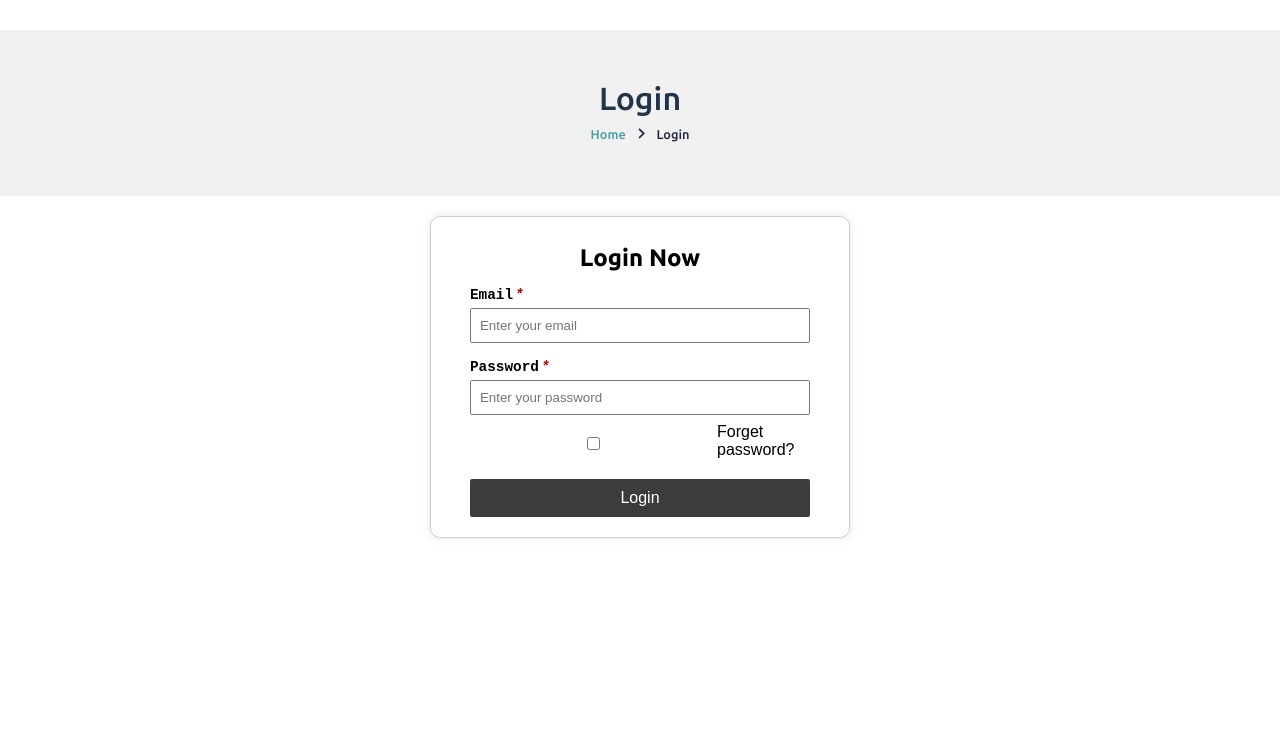
Repository: jkvekariya/Online-store-Management
Page: /auth/login (app in frontend/client/)
These files come from the project's save history. The page is drawn as it stood at one moment and after the next save; the edit follows.
The browser window is 1280 px wide. The pictures show the whole page.
Some web fonts or font styles are not loaded; a fallback is used. The project was rebuilt for these pictures with package versions that can differ from the ones it lists, and the page was loaded fresh each time. Also part of the build but not shown: frontend/client/vite.config.js, frontend/client/src/css/header.css, frontend/client/src/css/sidebar.css, frontend/client/src/components/Sidebar.jsx, frontend/client/src/context/CartContext.jsx, frontend/client/src/components/Header.jsx, frontend/client/src/css/footer.css, frontend/client/src/components/Footer.jsx and 11 more.

Above is the page before, as saved 2026-01-02 14:44:51.

### frontend/client/index.html
<!doctype html>
<html lang="en">
  <head>
    <meta charset="UTF-8" />
    <link rel="icon" type="image/svg+xml" href="/vite.svg" />
    <meta name="viewport" content="width=device-width, initial-scale=1.0" />
    <title>Online Store Management System</title>
  </head>
  <body>
    <div id="root"></div>
    <script type="module" src="/src/main.jsx"></script>
  </body>
</html>

### frontend/client/src/main.jsx
import React from 'react'
import ReactDOM from 'react-dom/client'
import { BrowserRouter } from 'react-router-dom'
import App from './App.jsx'
import './index.css'

ReactDOM.createRoot(document.getElementById('root')).render(
  <React.StrictMode>
    <BrowserRouter>
      <App />
    </BrowserRouter>
  </React.StrictMode>,
)

### frontend/client/src/App.jsx
import { Routes, Route } from "react-router-dom";

import AuthLayout from "./layout/AuthLayout";
import UserLayout from "./layout/UserLayout";
import AdminLayout from "./layout/AdminLayout";

import Login from "./pages/auth/Login";
import Signup from "./pages/auth/Signup";
import Home from "./pages/user/Home";
import Dashboard from "./pages/admin/Dashboard";
import Contact from "./pages/user/Contact";
import About from "./pages/user/About";
import Services from "./pages/user/Services";
import Shop from "./pages/user/Shop";

function App() {
  return (
    <Routes>

      {/* AUTH ROUTES */}
      <Route path="/auth" element={<AuthLayout />}>
        <Route path="login" element={<Login />} />
        <Route path="signup" element={<Signup />} />
      </Route>

      {/* USER ROUTES */}
      <Route path="/" element={<UserLayout />}>
        <Route index element={<Home />} />
        <Route path="pages/user/contact" element={<Contact />} />
        <Route path="pages/user/about" element={<About />} />
        <Route path="pages/user/services" element={<Services />} />
        <Route path="pages/user/shop" element={<Shop />} />
      </Route>

      {/* ADMIN ROUTES */}
      <Route path="/admin" element={<AdminLayout />}>
        <Route path="dashboard" element={<Dashboard />} />
      </Route>

    </Routes>
  );
}

export default App;

### frontend/client/src/index.css
* {
  margin: 0;
  padding: 0;
  box-sizing: border-box;
}

#root {
  min-height: 100vh;
}

### frontend/client/src/layout/AuthLayout.jsx
import { Outlet } from "react-router-dom";

const AuthLayout = () => {
  return (
    <div>
      {/* <h2>Auth Section</h2> */}
      <Outlet />
    </div>
  );
};

export default AuthLayout;

### frontend/client/src/pages/auth/Login.jsx
import React from 'react'
import { useState } from 'react'
import "../../css/login.css"
import Bodyheader from '../../components/BodyHeader';

const Login = () => {

    const [email, setEMail] = useState("");
    const [password, setPassword] = useState("");

  return (
    <>
        <Bodyheader title="Login"/>
         <div className='main-container'>
      <h2>Login Now</h2>
        <div className='email-box'>
            <label htmlFor="email">Email<em>*</em></label>
            <input type="email"
            id="login-email"
            value={email}
            onChange={(e) => setEMail(e.target.value)}
            placeholder='Enter your email'
            />
        </div>
        <div className='password-box'>
            <label htmlFor="password">Password<em>*</em></label>
            <input type="password"
            id="login-password"
            value={password}
            onChange={(e) => setPassword(e.target.value)}
            placeholder='Enter your password'
            />
        </div>
        <div className='verify-forgetpassword'>
            <input type="checkbox" id='checkbox' name='checkbox' />
            <p>Forget password?</p>
        </div>
      <div className='btn'>
        <button onClick={() => {}}>Login</button>
      </div>
    </div>
    </>
  )
}

export default Login

### frontend/client/src/css/login.css
*{
    margin: 0;
    padding: 0;
    box-sizing: border-box;
}

.main-container{
    width: 400px;
    margin: auto;
    border: 1px solid #ccc;
    padding: 20px;
    border-radius: 10px;
    box-shadow: 0 0 10px rgba(0, 0, 0, 0.1);
    margin-top: 50px;
    font-family: Arial, sans-serif;
    display: flex;
    justify-content: center;
    align-items: center;
    flex-direction: column;
}

label{
    font-size: 0.9rem;
    display: block;
    font-family: 'Courier New', Courier, monospace;
    font-weight: 700;
    /* margin-bottom: 5px; */
}

.main-container .email-box,.password-box{
 margin: 0.5rem 0;
}

.main-container .email-box .password-box label em{
    position: relative;
    display: inline-block;
    float: none;
    right: 0;
    margin-left: 2px;
    color: #c10000;
}

input{
    padding: 8px;
    width: 100%;
    margin-top: 5px;
}

.main-container h2{
    text-align: center;
    margin: 7px 0;
}

.main-container .verify-forgetpassword{
    width: 90%;
    display: flex;
    justify-content: space-between;
    align-items: center;
}

.main-container .verify-forgetpassword .checkbox{
    width: 0;
}

.btn{
    width: 100%;
    text-align: center;
}

button{
    width: 90%;
    border-radius: 2px;
    margin-top: 20px;
    padding: 10px 20px;
    font-size: 16px;
    cursor: pointer;
    background-color: #3a3d3a;
    color: white;
    border: none;
}

### frontend/client/src/components/BodyHeader.jsx
import "../css/bodyheader.css"
import {Link} from 'react-router-dom'
import { MdKeyboardArrowRight } from "react-icons/md";

const Bodyheader = ({title}) => {
  return (
    <>
        <div className="b-header-bg">
            <div className="page-title">
                <h2>{title}</h2>
                <div className="ul-links">
                <ul>
                    <li id="home-link">
                        <Link to='/'>Home</Link>
                    </li>
                       <li><MdKeyboardArrowRight/></li>
                    <li>
                        <Link to=''>{title}</Link>
                    </li>
                </ul>
                </div>
            </div>
        </div>
    </>
  )
}

export default Bodyheader;

### frontend/client/src/css/signup.css
@import url('https://fonts.googleapis.com/css2?family=BBH+Bartle&family=Nunito:ital,wght@0,200..1000;1,200..1000&family=Ubuntu:ital,wght@0,300;0,400;0,500;0,700;1,300;1,400;1,500;1,700&display=swap');

.main-container{
    width: 100%;
    max-width: 420px;
    margin: 20px auto;
    border: 1px solid #ccc;
    padding: 20px;
    border-radius: 10px;
    box-shadow: 0 0 10px rgba(0, 0, 0, 0.1);
    font-family: Arial, sans-serif;
    display: flex;
    justify-content: center;
    align-items: center;
    flex-direction: column;
}

label{
    font-size: 0.9rem;
    display: block;
    font-family: 'Courier New', Courier, monospace;
    font-weight: 700;
    /* margin-bottom: 5px; */
}

.main-container .email-box,.password-box,.first-name-box,.last-name-box{
 margin: 0.5rem 0;
 width: 90%;
}

.email-box label em{
    position: relative;
    display: inline-block;
    float: none;
    right: 0;
    margin-left: 2px;
    color: #c10000;
}
.password-box label em{
    position: relative;
    display: inline-block;
    float: none;
    right: 0;
    margin-left: 2px;
    color: #c10000;
}
.first-name-box label em{
    position: relative;
    display: inline-block;
    float: none;
    right: 0;
    margin-left: 2px;
    color: #c10000;
}
.last-name-box label em{
    position: relative;
    display: inline-block;
    float: none;
    right: 0;
    margin-left: 2px;
    color: #c10000;
}

input{
    /* padding: 8px; */
    width: 100%;
    margin-top: 5px;
    box-sizing: border-box;
}

.main-container h2{
    text-align: center;
    font-family: "Ubuntu", sans-serif;
    font-weight: 560;
    font-style: normal;
}

.btn{
    width: 100%;
    text-align: center;
}

button{
    margin-top: 20px;
    padding: 10px 20px;
    font-size: 16px;
    cursor: pointer;
    background-color: #3a3d3a;
    color: white;
    border: none;
}

### frontend/client/src/css/bodyheader.css
@import url('https://fonts.googleapis.com/css2?family=BBH+Bartle&family=Nunito:ital,wght@0,200..1000;1,200..1000&family=Ubuntu:ital,wght@0,300;0,400;0,500;0,700;1,300;1,400;1,500;1,700&display=swap');

* {
    padding: 0;
    margin: 0;
    box-sizing: border-box;
  }

:root {
    --background-color: #e6e6e68e;
    --header-text-color: #213448;
    --home-link-color: #4B9DA9;
    --title-color: #212447;
    --title-hover-color: #547792;
}

  .b-header-bg {
    margin-top: 30px;
    height: 23vh;
    width: 100vw;
    /* background-color: aqua; */
    background: var(--background-color);
    /* background-blend-mode: darken; */
    /* background-size: cover; */
    /* background-repeat: no-repeat; */
    /* background-position: center; */
    /* background-position-y: 56%; */
    display: flex;
    justify-content: center;
    align-items: center;
  }

  .b-header-bg .page-title {
    height: 10rem;
    width: 20rem;
    display: grid;
    place-items: center;
    align-content: center;
  }

  .b-header-bg .page-title h2 {
    font-size: 2rem;
    margin-bottom: 5px;
    color: var(--header-text-color);
    font-family: "Ubuntu", sans-serif;
    font-weight: 500;
    font-style: normal;
    position: relative;
    z-index: 100;
  }

   .b-header-bg .page-title .ul-links ul{
    /* height: 4rem; */
    width: 10rem;
    display: flex;
    justify-content: center;
    align-items: center;
    gap:0;
  }

  .b-header-bg .page-title .ul-links ul #home-link a {
    color: var(--home-link-color);
  }


  .b-header-bg .page-title .ul-links ul li{
    /* height: 2rem; */
    display: flex;
    justify-content: center;
    align-items: center;
  }

  .b-header-bg .page-title .ul-links ul li svg{
      font-size: 1.3rem;
      color: var(--title-color);
  }

  .b-header-bg .page-title .ul-links ul li a{
    width: max-content;
    text-decoration: none;
    padding: 5px;
    color: var(--title-color);
    font-family: "Ubuntu", sans-serif;
    font-weight: 450;
    font-style: normal;
    font-size: 0.8rem;
    font-style: normal;
  }

  .b-header-bg .page-title .ul-links ul li a:hover{
      color: var(--title-hover-color);
  }

Loaded but not shown: frontend/client/src/css/header.css (no copy from this time; the picture is the same without it)

After the next save:
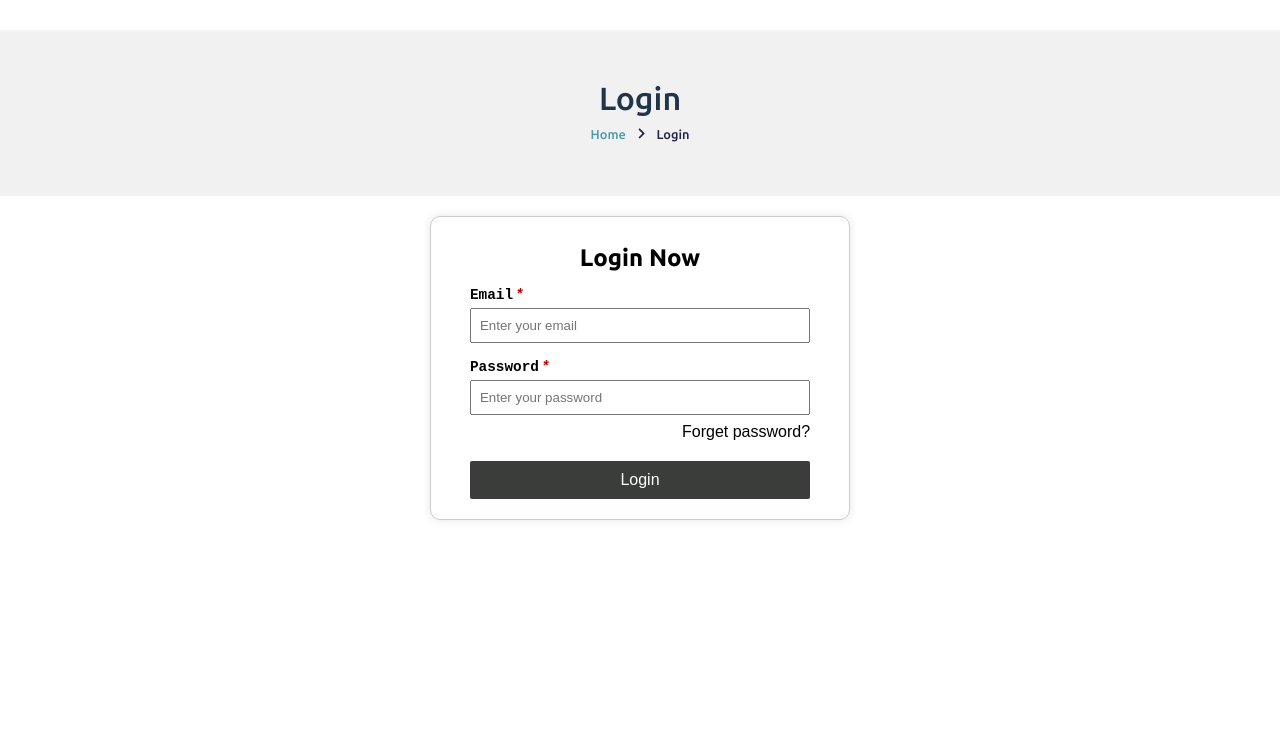
Saved 7 s later.
--- a/frontend/client/src/css/login.css
+++ b/frontend/client/src/css/login.css
@@ -58,7 +58,7 @@ input{
     align-items: center;
 }
 
-.main-container .verify-forgetpassword .checkbox{
+.main-container .verify-forgetpassword #checkbox{
     width: 0;
 }
 
